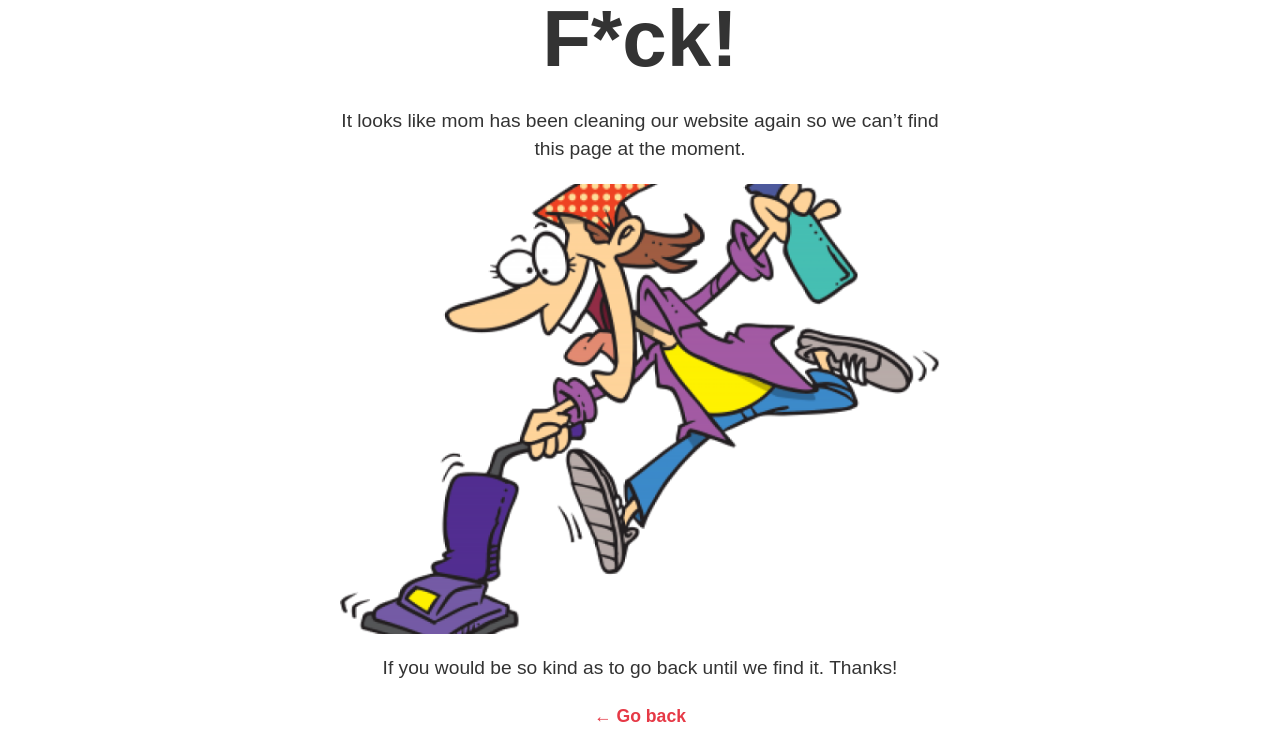
Repository: Davidobi21/macelect
Page: frontend/pages/404.html
The author's editor kept a copy of each file at every save. The page is drawn from the files as they stood at one save, then again after the next save.
The browser window is 1280 px wide. The pictures show the whole page.

Above is the page before, as saved 2025-05-01 05:38:16.

After the next save:
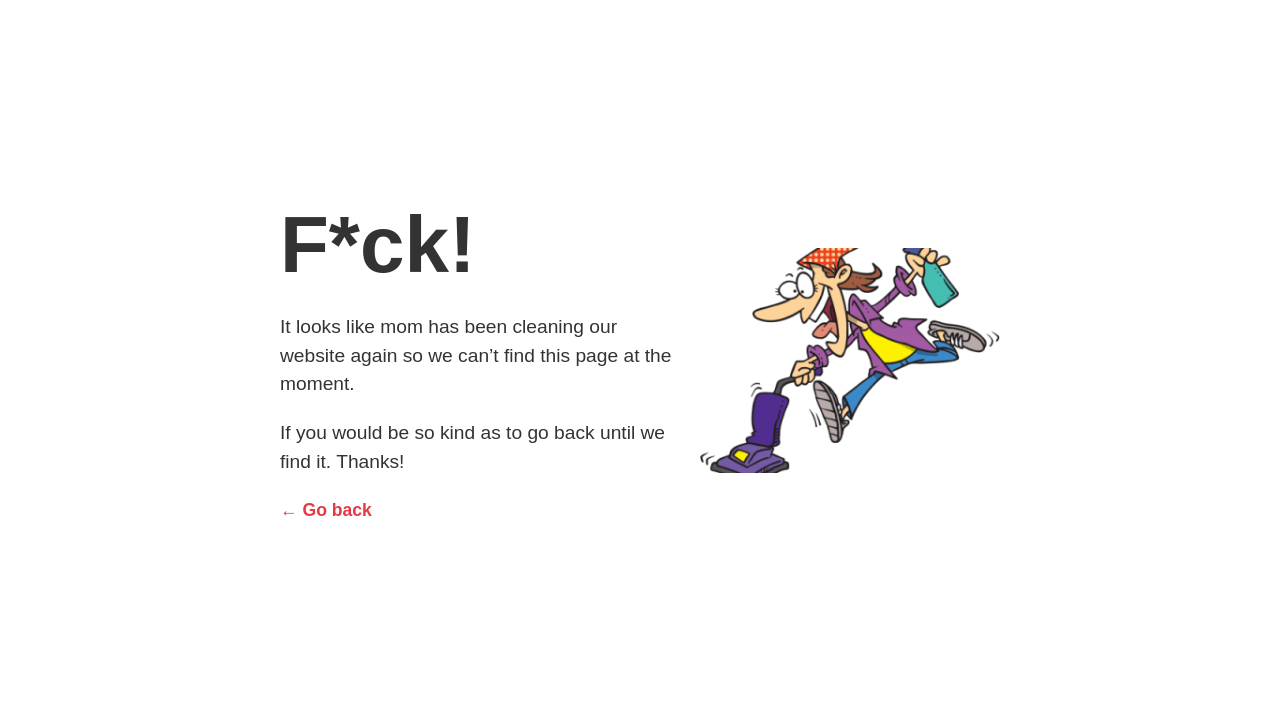
Saved 62 s later.
--- a/frontend/pages/404.html
+++ b/frontend/pages/404.html
@@ -17,41 +17,50 @@
       color: #333;
     }
     .error-container {
-      text-align: center;
-      max-width: 600px;
+      display: flex;
+      align-items: center;
+      gap: 20px;
+      max-width: 800px;
+      text-align: left;
     }
-    .error-container h1 {
+    .error-text {
+      max-width: 400px;
+    }
+    .error-text h1 {
       font-size: 5rem;
       font-weight: bold;
       margin-bottom: 20px;
     }
-    .error-container p {
+    .error-text p {
       font-size: 1.2rem;
       margin-bottom: 20px;
     }
-    .error-container img {
-      max-width: 100%;
-      height: auto;
-      margin-bottom: 20px;
-    }
-    .error-container a {
+    .error-text a {
       color: #e63946;
       text-decoration: none;
       font-weight: bold;
       font-size: 1.1rem;
     }
-    .error-container a:hover {
+    .error-text a:hover {
       text-decoration: underline;
+    }
+    .error-image img {
+      max-width: 300px;
+      height: auto;
     }
   </style>
 </head>
 <body>
   <div class="error-container">
-    <h1>F*ck!</h1>
-    <p>It looks like mom has been cleaning our website again so we can’t find this page at the moment.</p>
-    <img src="../images/98bbecket5t9ksksrgec2m90ed.png" alt="Cleaning Lady">
-    <p>If you would be so kind as to go back until we find it. Thanks!</p>
-    <a href="javascript:history.back()">← Go back</a>
+    <div class="error-text">
+      <h1>F*ck!</h1>
+      <p>It looks like mom has been cleaning our website again so we can’t find this page at the moment.</p>
+      <p>If you would be so kind as to go back until we find it. Thanks!</p>
+      <a href="javascript:history.back()">← Go back</a>
+    </div>
+    <div class="error-image">
+      <img src="../images/98bbecket5t9ksksrgec2m90ed.png" alt="Cleaning Lady">
+    </div>
   </div>
 </body>
 </html>
